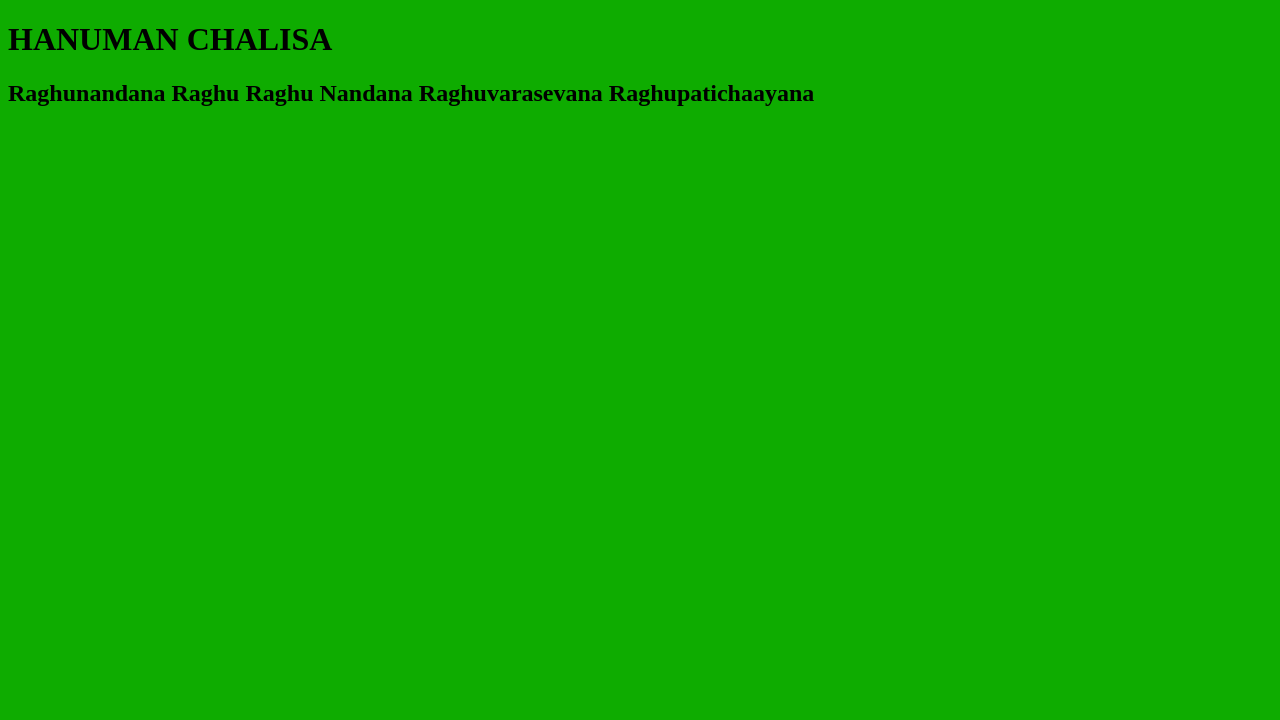
Repository: Vamshi13Krishna/Spring-Boot-Programs
Page: SpringBootProgram/SpringBootEx1/SpringBootEx1/src/main/webapp/data.html
The author's editor kept a copy of each file at every save. The page is drawn from the files as they stood at one save, then again after the next save.
The browser window is 1280 px wide. The pictures show the whole page.

Above is the page before, as saved 2024-03-19 10:11:51.

### SpringBootProgram/SpringBootEx1/SpringBootEx1/src/main/webapp/data.html
<!DOCTYPE html>
<html>
<head>
<meta charset="ISO-8859-1">
<title>SANATANA DHRMAM</title>
</head>
<body bgcolor="Peach">
<h1> HANUMAN CHALISA </h1>
<h2>Raghunandana Raghu Raghu Nandana Raghuvarasevana Raghupatichaayana</h2>


</body>
</html>

After the next save:
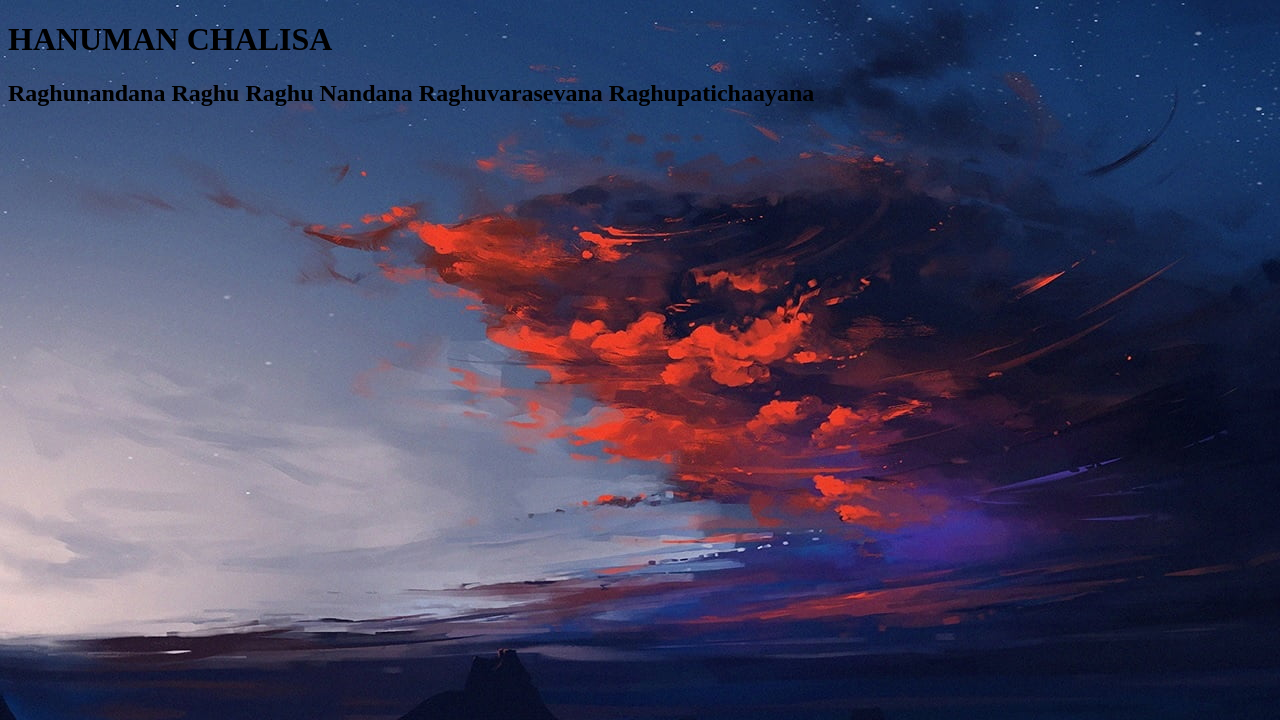
Saved 11 min 1 s later.
--- a/SpringBootProgram/SpringBootEx1/SpringBootEx1/src/main/webapp/data.html
+++ b/SpringBootProgram/SpringBootEx1/SpringBootEx1/src/main/webapp/data.html
@@ -4,7 +4,7 @@
 <meta charset="ISO-8859-1">
 <title>SANATANA DHRMAM</title>
 </head>
-<body bgcolor="Peach">
+<body style= "background-image: url('boot1.jpg');">
 <h1> HANUMAN CHALISA </h1>
 <h2>Raghunandana Raghu Raghu Nandana Raghuvarasevana Raghupatichaayana</h2>
 
